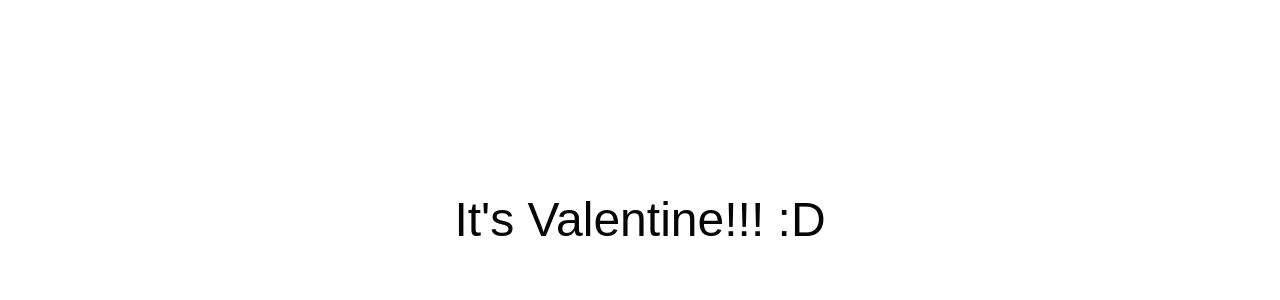
Repository: NguyenThanhNhan2507/valentine
Page: index.html
These files come from the project's save history. The page is drawn as it stood at one moment and after the next save; the edit follows.
The browser window is 1280 px wide. The pictures show the whole page.
Some web libraries are served in a nearby version.

Above is the page before, as saved 2023-02-14 11:06:15.

After the next save:
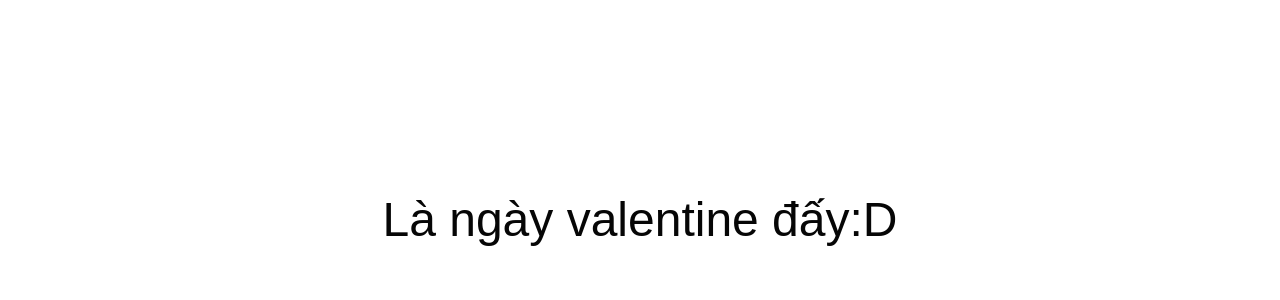
Saved 36 s later.
--- a/index.html
+++ b/index.html
@@ -19,10 +19,10 @@
           Chào
           <span id="name">Người anh yêu</span>
         </h1>
-        <p class="two" id="greetingText">Em có biết đây là ngày gì không!!</p>
+        <p class="two" id="greetingText">Em có biết đây là ngày gì không!</p>
       </div>
       <div class="three">
-        <p>It's Valentine!!! :D</p>
+        <p>Là ngày valentine đấy:D</p>
       </div>
       <div class="four">
         <div class="text-box">
